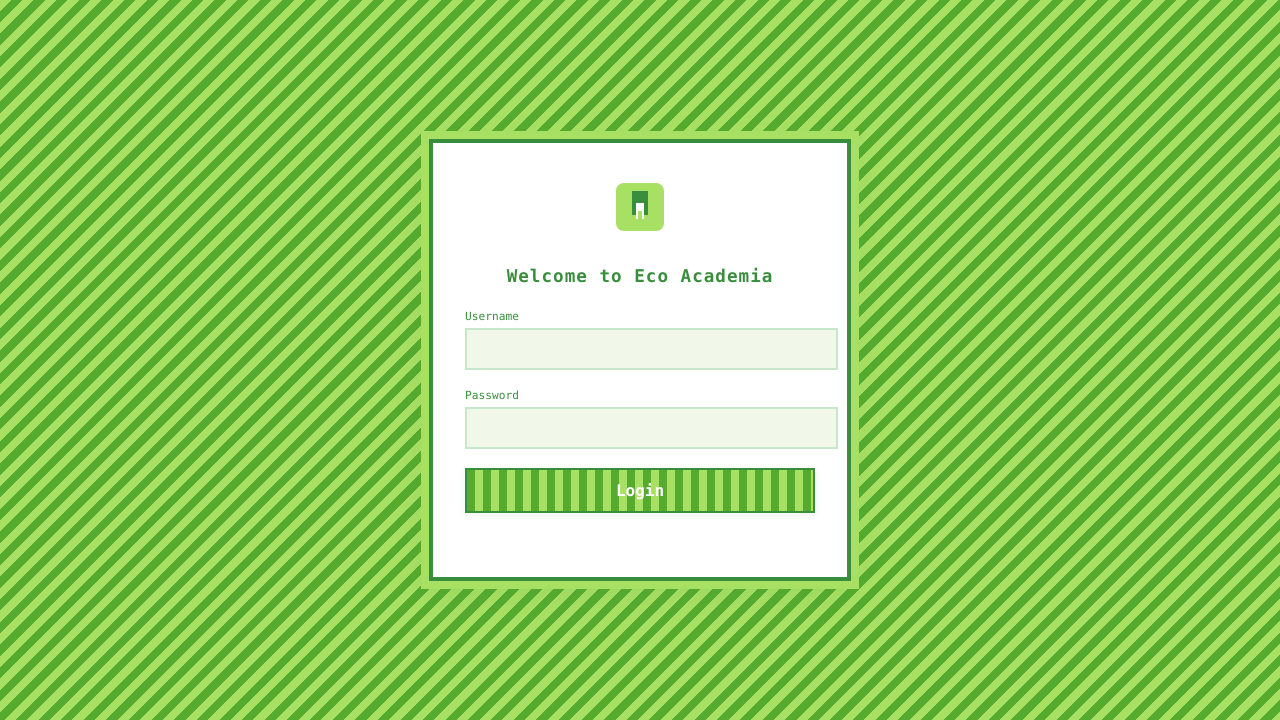
Repository: hotaruhshs/eco-academia
Page: login/index.html
An editor plug-in stored every save of this project. The page is shown before and after the next save, followed by the edit.
The browser window is 1280 px wide. The pictures show the whole page.

Above is the page before, as saved 2025-07-06 01:04:45.

### login/index.html
<!DOCTYPE html>
<html lang="en">
<head>
    <meta charset="UTF-8">
    <meta name="viewport" content="width=device-width, initial-scale=1.0">
    <title>Eco Academia Login</title>
    <link rel="stylesheet" href="css/login.css">
</head>
<body>
    <div class="login-container">
        <div class="login-card">
            <div class="login-logo">
                <img src="images/leaf.svg" alt="Eco Academia Logo" height="48">
            </div>
            <h2>Welcome to Eco Academia</h2>
            <form id="loginForm">
                <div class="input-group">
                    <label for="username">Username</label>
                    <input type="text" id="username" name="username" required>
                </div>
                <div class="input-group">
                    <label for="password">Password</label>
                    <input type="password" id="password" name="password" required>
                </div>
                <button type="submit">Login</button>
            </form>
            <div id="loginMessage"></div>
        </div>
    </div>
    <script src="js/login.js"></script>
</body>
</html>

### login/css/login.css
/* Pixel art nature theme login page */
body {
    margin: 0;
    padding: 0;
    min-height: 100vh;
    font-family: 'Press Start 2P', 'Consolas', monospace;
    background: repeating-linear-gradient(135deg, #a8e063 0px, #a8e063 8px, #56ab2f 8px, #56ab2f 16px);
    display: flex;
    align-items: center;
    justify-content: center;
}

.login-container {
    width: 100vw;
    height: 100vh;
    display: flex;
    align-items: center;
    justify-content: center;
}

.login-card {
    background: #fff;
    border: 4px solid #388e3c;
    border-radius: 0;
    box-shadow: 0 0 0 8px #a8e063, 0 8px 32px rgba(56, 142, 60, 0.15);
    padding: 2.5rem 2rem 2rem 2rem;
    max-width: 350px;
    width: 100%;
    text-align: center;
    position: relative;
    image-rendering: pixelated;
}

.login-logo img {
    margin-bottom: 1rem;
    image-rendering: pixelated;
}

h2 {
    color: #388e3c;
    margin-bottom: 1.5rem;
    font-family: 'Press Start 2P', 'Consolas', monospace;
    font-size: 1.1rem;
    letter-spacing: 1px;
}

.input-group {
    margin-bottom: 1.2rem;
    text-align: left;
}

.input-group label {
    display: block;
    margin-bottom: 0.3rem;
    color: #388e3c;
    font-weight: 500;
    font-family: 'Press Start 2P', 'Consolas', monospace;
    font-size: 0.7rem;
}

.input-group input {
    width: 100%;
    padding: 0.6rem;
    border: 2.5px solid #c8e6c9;
    border-radius: 0;
    font-size: 1rem;
    background: #f1f8e9;
    font-family: 'Press Start 2P', 'Consolas', monospace;
    image-rendering: pixelated;
    transition: border 0.2s;
}

.input-group input:focus {
    border: 2.5px solid #388e3c;
    outline: none;
}

button[type="submit"] {
    width: 100%;
    padding: 0.7rem;
    background: repeating-linear-gradient(90deg, #56ab2f 0px, #56ab2f 8px, #a8e063 8px, #a8e063 16px);
    color: #fff;
    border: 2.5px solid #388e3c;
    border-radius: 0;
    font-size: 1rem;
    font-family: 'Press Start 2P', 'Consolas', monospace;
    font-weight: 600;
    cursor: pointer;
    box-shadow: 0 2px 8px rgba(56, 142, 60, 0.08);
    image-rendering: pixelated;
    transition: background 0.2s;
}

button[type="submit"]:hover {
    background: repeating-linear-gradient(90deg, #388e3c 0px, #388e3c 8px, #a8e063 8px, #a8e063 16px);
}

#loginMessage {
    margin-top: 1rem;
    color: #d32f2f;
    min-height: 1.2em;
    font-family: 'Press Start 2P', 'Consolas', monospace;
    font-size: 0.8rem;
}

@media (max-width: 500px) {
    .login-card {
        padding: 1.5rem 0.7rem 1.2rem 0.7rem;
        max-width: 95vw;
    }
}

@import url('https://fonts.googleapis.com/css2?family=Press+Start+2P&display=swap');

### login/images/leaf.svg
<svg width="48" height="48" viewBox="0 0 48 48" fill="none" xmlns="http://www.w3.org/2000/svg">
  <rect width="48" height="48" rx="8" fill="#a8e063"/>
  <rect x="16" y="8" width="16" height="24" fill="#388e3c"/>
  <rect x="20" y="20" width="8" height="16" fill="#fff"/>
  <rect x="22" y="28" width="4" height="8" fill="#a8e063"/>
</svg>

### login/js/login.js
// Simulate login for static prototype
const loginForm = document.getElementById('loginForm');
const loginMessage = document.getElementById('loginMessage');

loginForm.addEventListener('submit', function(e) {
    e.preventDefault();
    const username = document.getElementById('username').value.trim();
    const password = document.getElementById('password').value.trim();

    // Simulate login: accept any non-empty username/password
    if (username && password) {
        loginMessage.style.color = '#388e3c';
        loginMessage.textContent = 'Login successful! Redirecting...';
        setTimeout(() => {
            window.location.href = '../dashboard/index.html'; // Placeholder redirect
        }, 1200);
    } else {
        loginMessage.style.color = '#d32f2f';
        loginMessage.textContent = 'Please enter both username and password.';
    }
});

After the next save:
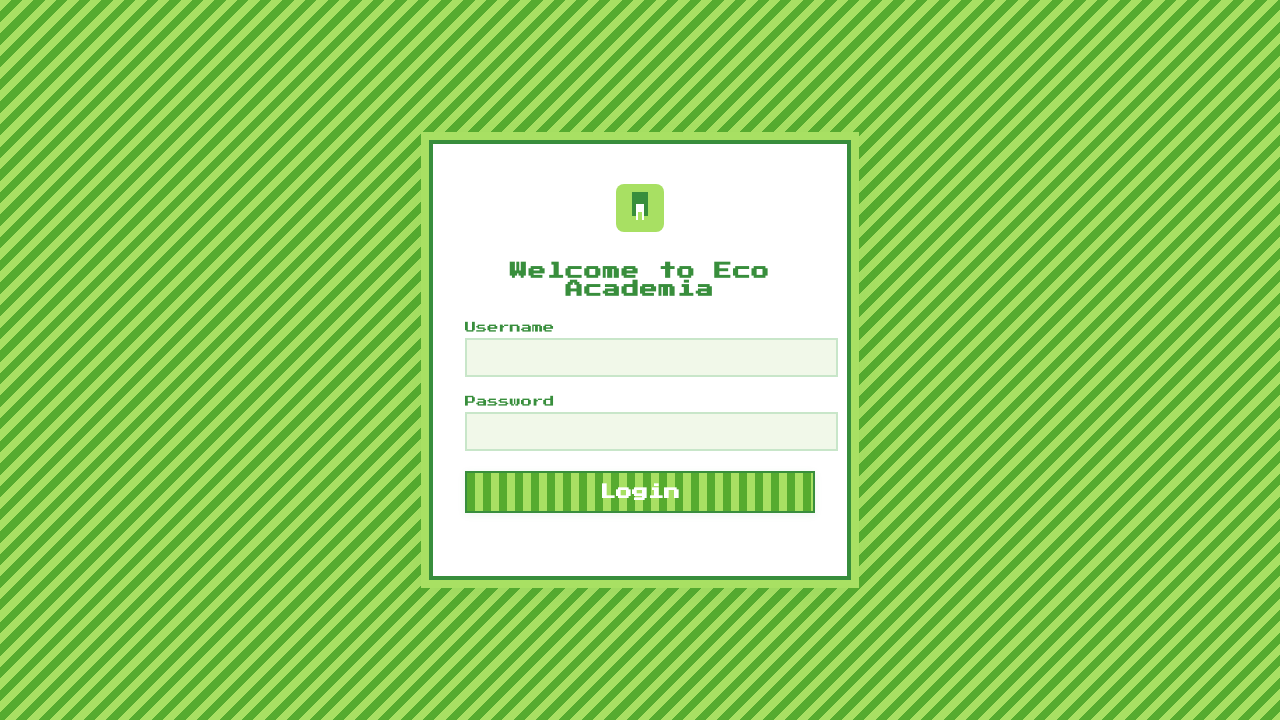
Saved 6 s later.
--- a/login/index.html
+++ b/login/index.html
@@ -5,12 +5,13 @@
     <meta name="viewport" content="width=device-width, initial-scale=1.0">
     <title>Eco Academia Login</title>
     <link rel="stylesheet" href="css/login.css">
+    <link href="https://fonts.googleapis.com/css2?family=Press+Start+2P&display=swap" rel="stylesheet">
 </head>
 <body>
     <div class="login-container">
         <div class="login-card">
             <div class="login-logo">
-                <img src="images/leaf.svg" alt="Eco Academia Logo" height="48">
+                <img src="images/leaf.svg" alt="Eco Academia Logo" height="48" style="image-rendering: pixelated;">
             </div>
             <h2>Welcome to Eco Academia</h2>
             <form id="loginForm">
